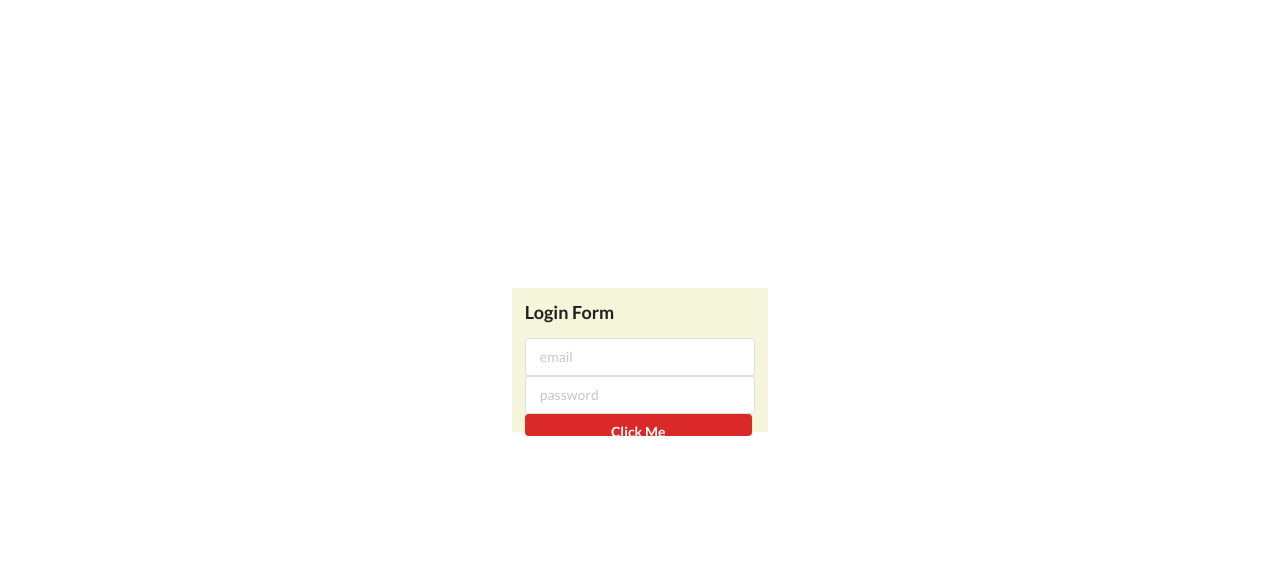
Repository: anagarango/dai-week4-assignment
Page: / (app in dai_web_ex/)
The author's editor kept a copy of each file at every save. The page is drawn from the files as they stood at one save, then again after the next save.
The browser window is 1280 px wide. The pictures show the whole page.
The project was rebuilt for these pictures with package versions that can differ from the ones it lists, and the page was loaded fresh each time. The framework's server and built-in components were replaced by stand-ins that run in the browser. Also part of the build but not shown: dai_web_ex/next.config.js.

Above is the page before, as saved 2022-09-26 16:23:33.

### dai_web_ex/pages/_app.js
import 'semantic-ui-css/semantic.min.css'

function MyApp({ Component, pageProps }) {
  return <Component {...pageProps} />
}

export default MyApp

### dai_web_ex/pages/index.js
import { Button } from 'semantic-ui-react'
import {useRouter} from 'next/router'
import LoginForm from '../comps/loginform'
import { Dimmer, Loader, Image, Segment } from 'semantic-ui-react'

// The router and states are mostly used in the page for data/information state management
import {useState} from 'react'

export default function Home() {
  const r = useRouter();
  //before, during, after
  const [logInState, setLogInState] = useState("before")



  var c = "blue"
  var btn_text = "Click Me"

  if(logInState === "before"){
    c = "red";
  } if(logInState === "during"){
    c = "yellow";
    btn_text = "Waiting..."
  } if(logInState === "after"){
    c = "green";
    btn_text = "Transferring you to Dashboard!"
  }



  const HandleButtonColor = () =>{
    if (logInState === "before"){
      setLogInState("during");

    }
    if (logInState === "during"){
      setLogInState("after");

    }
    if (logInState === "after"){
      r.push("/dashboard")
    }
  }

  // async = when it takes time to connect to a server
  const Login = async () => {
    setLogInState("during");
    // its going to take time
    // mock of the time passing -> this code is useless and doesnt do anything
    await new Promise(resolve=>setTimeout(resolve, 3000))

    setLogInState("after");
    // its going to stall for 1-2 seconds
    await new Promise(resolve=>setTimeout(resolve, 2000))

    r.push("/dashboard")

  }

  return (
    <div>
      {/* <Button color={c} onClick={()=>Login()}>{btn_text} */}
      {/* <Segment>
        <Dimmer active> */}
          {/* {logInState === "during" && <Loader active/>} */}
        {/* </Dimmer>
      </Segment> */}
      {/* </Button> */}
      <LoginForm logInState={logInState} onLogInClick={()=>Login()}></LoginForm>

    </div>
  )
}

### dai_web_ex/comps/loginform/index.js
import { Button, Loader, Input, View } from 'semantic-ui-react'
import styled from 'styled-components'

export default function LoginForm({
    logInState="before",
    onLogInClick=()=>{}
}){

  const Box = styled.div`
    width: 20%;
    height: 20%;
    background-color: beige;
    display:flex;
    flex-direction: column;
    padding: 1%
    `
    const View = styled.div`
    width:100vw;
    height:100vh;
    display:flex;
    justify-content: center;
    align-items: center;
    `


    var c = "blue"
    var btn_text = "Click Me"

  if(logInState === "before"){
    c = "red";
  } if(logInState === "during"){
    c = "yellow";
    btn_text = "Waiting..."
  } if(logInState === "after"){
    c = "green";
    btn_text = "Transferring you to Dashboard!"
  }


    return <View>
        <Box>
          <h3>Login Form</h3>
          <Input disabled={logInState !== "before"} placeholder="email"></Input>
          <Input disabled={logInState !== "before"} placeholder="password"></Input>
          <Button color={c} onClick={onLogInClick}>{btn_text}
          {logInState === "during" && <Loader active/>}
          </Button>
        </Box>
    </View>
}

After the next save:
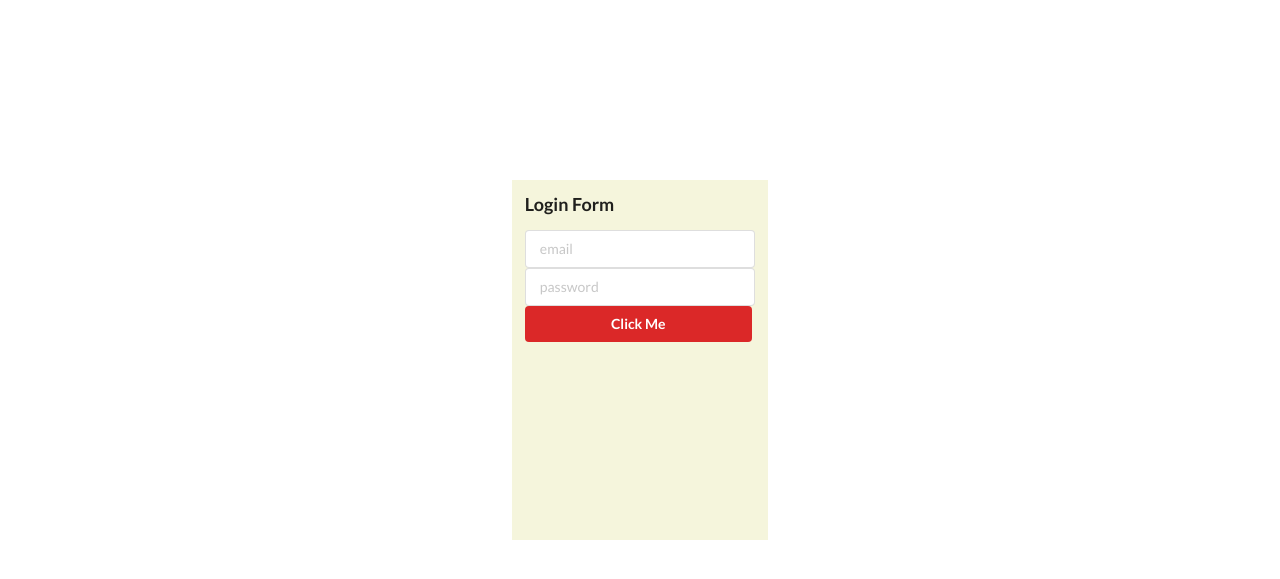
Saved 4 s later.
--- a/dai_web_ex/comps/loginform/index.js
+++ b/dai_web_ex/comps/loginform/index.js
@@ -8,7 +8,7 @@ export default function LoginForm({
 
   const Box = styled.div`
     width: 20%;
-    height: 20%;
+    height: 50%;
     background-color: beige;
     display:flex;
     flex-direction: column;
